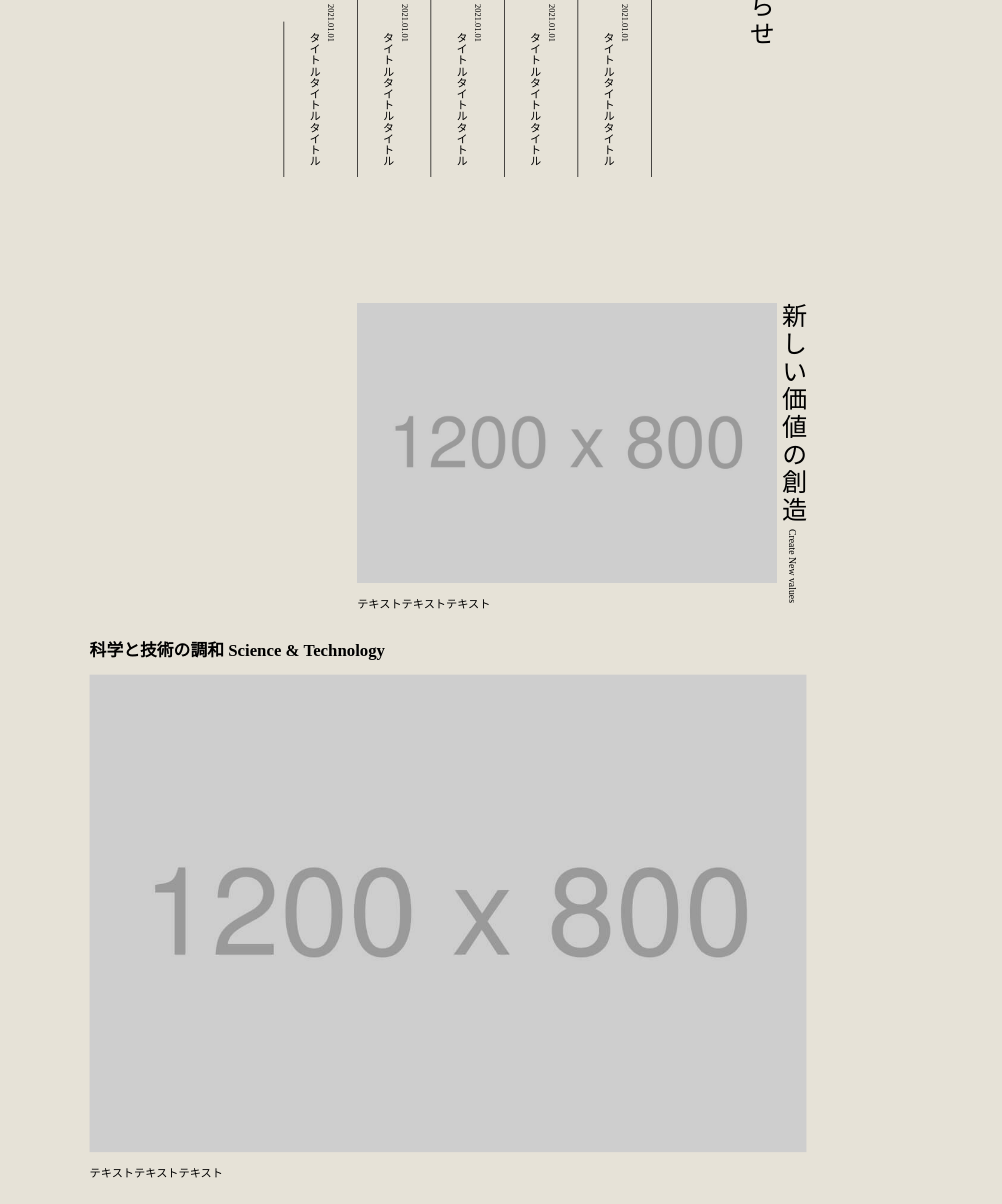
Repository: Fuki-san/wagashi
Page: http://localhost/wagashi
An editor plug-in stored every save of this project. The page is shown before and after a run of saves, followed by the edit.
The browser window is 1280 px wide. The page is 1432 px wide, so the pictures cover 1432 px, including what lies to the right of the window. The pictures show the part of the page from y = 1117 to 2837 px (the page is 3663 px tall), at 70% of full size.
Pictures or frames that could not be fetched are drawn as grey boxes. The page is served by the project's Laravel application, run on PHP 8.4 with Laravel 10.

Above is the page before, as saved 2023-12-09 16:22:58.

After the next 2 saves:
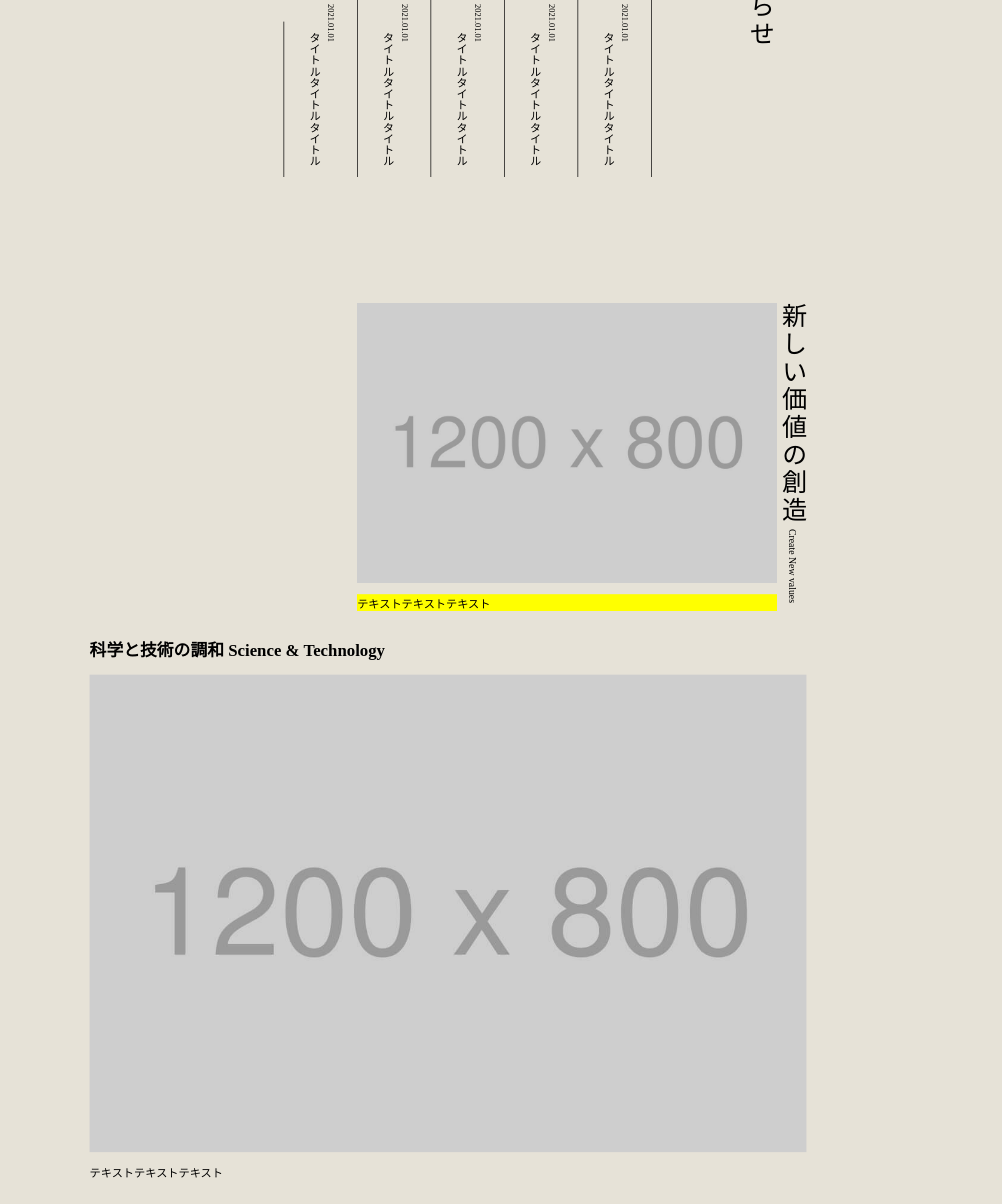
The 2 saves are shown as one change because they came seconds apart.
The last was saved 6 s later.
--- a/public/css/style.css
+++ b/public/css/style.css
@@ -147,5 +147,5 @@
     width: 600px;
 }
 #products1 .img .text{
-    background-color: ;
+    background-color: yellow;
 }

After the 3 saves that followed:
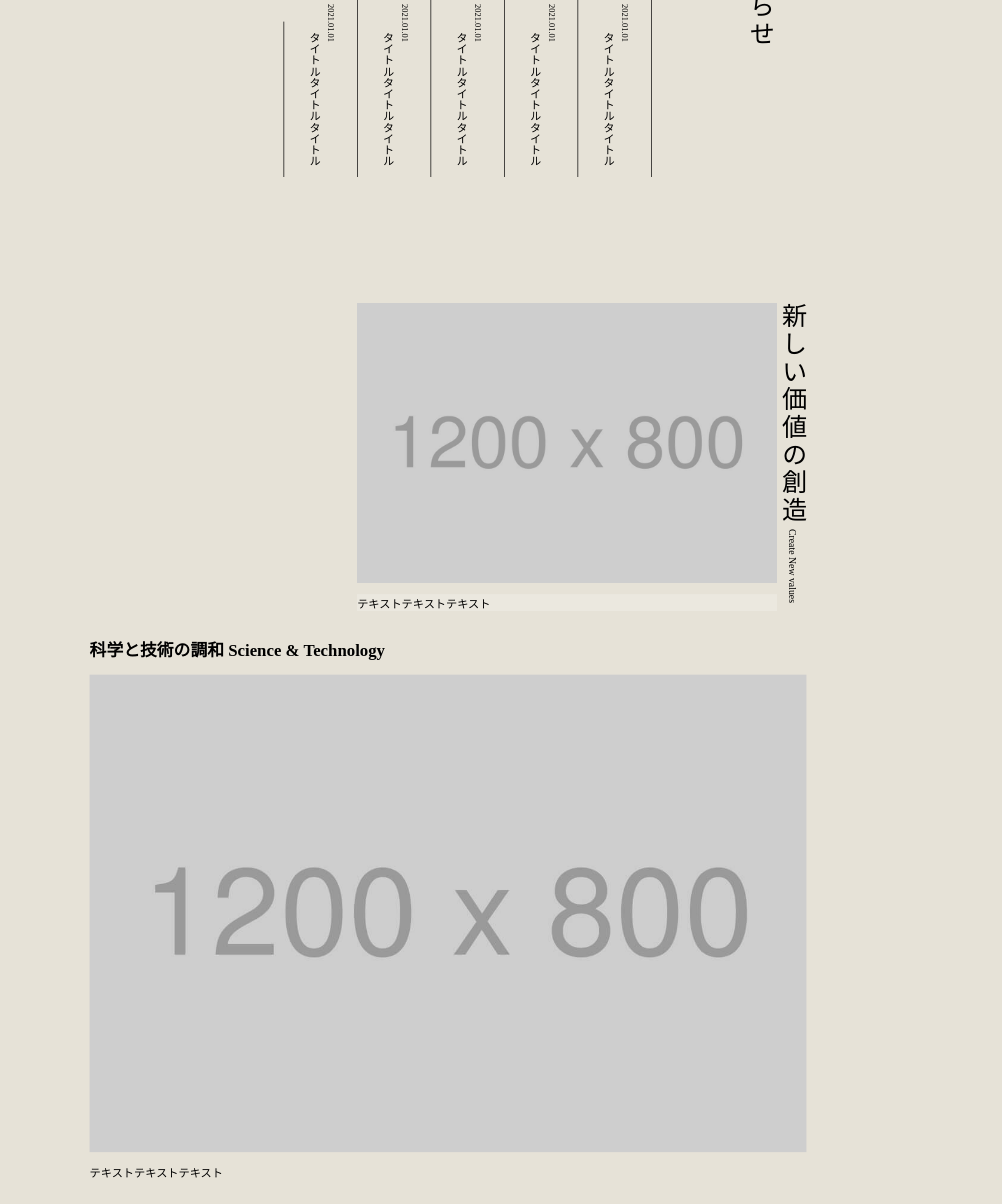
The 3 saves are shown as one change because 1 left the picture as it was and some came seconds apart.
The last was saved 17 s later.
--- a/public/css/style.css
+++ b/public/css/style.css
@@ -147,5 +147,5 @@
     width: 600px;
 }
 #products1 .img .text{
-    background-color: yellow;
+    background-color: rgba(255, 255, 255, 0.2)
 }
